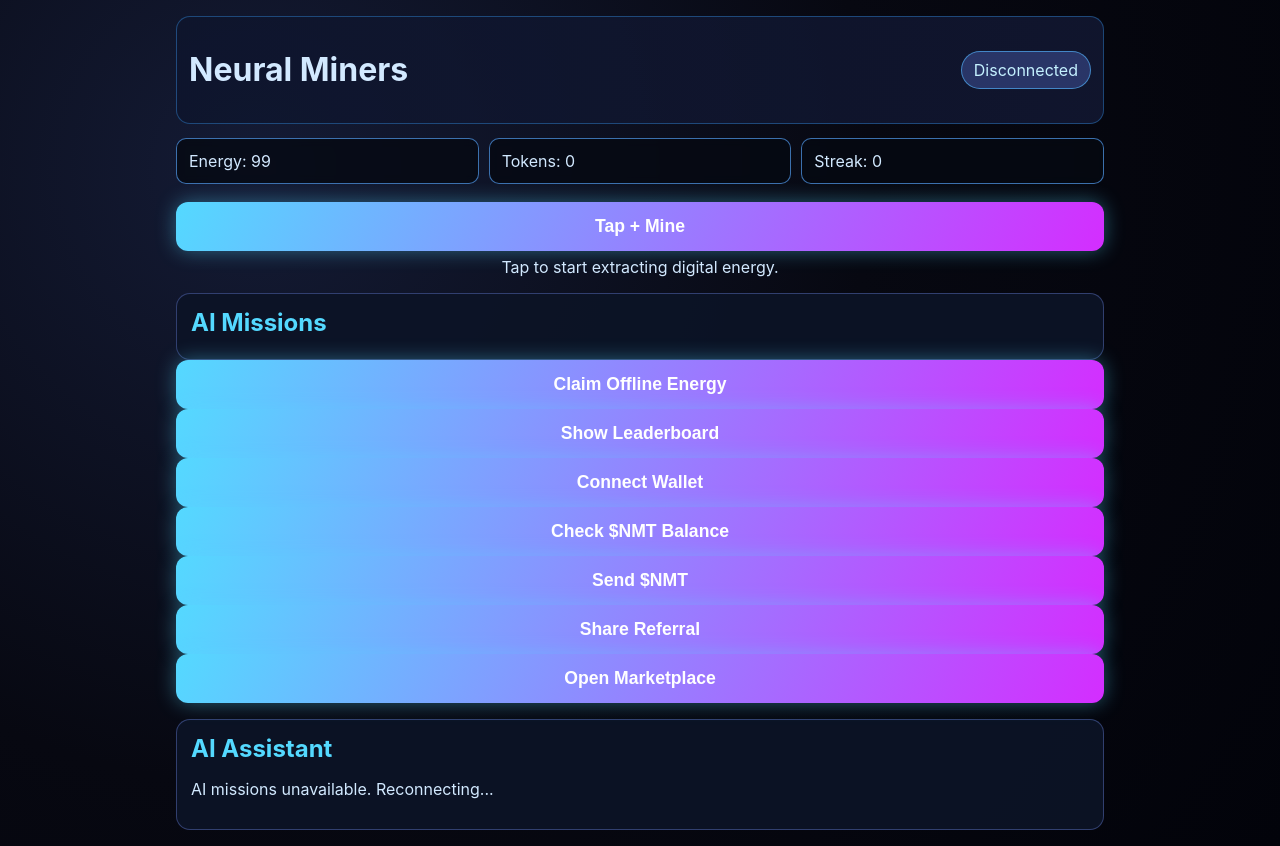
Repository: prasadreddys/neural-miners
Page: app/index.html
An editor plug-in stored every save of this project. The page is shown before and after the next save, followed by the edit.
The browser window is 1280 px wide. The pictures show the whole page.
The page's requests for data from a server got no answer. Some web libraries are served in a nearby version.

Above is the page before, as saved 2026-03-27 23:21:33.

### app/index.html
<!DOCTYPE html>
<html lang="en">
<head>
  <meta charset="UTF-8" />
  <meta name="viewport" content="width=device-width, initial-scale=1.0" />
  <title>Neural Miners</title>
  <link rel="stylesheet" href="styles.css" />
</head>
<body>
  <main class="app-shell">
    <header class="topbar">
      <h1>Neural Miners</h1>
      <div id="connected-status" class="tag">Disconnected</div>
    </header>

    <section class="hud">
      <div class="meter" id="energy-meter">Energy: 0</div>
      <div class="meter" id="token-meter">Tokens: 0</div>
      <div class="meter" id="streak-meter">Streak: 0</div>
    </section>

    <section class="mining-grid">
      <button id="tap-button" class="tap-btn">Tap + Mine</button>
      <div class="message" id="action-message">Tap to start extracting digital energy.</div>
    </section>

    <section class="missions" id="missions">
      <h2>AI Missions</h2>
      <ul id="mission-list"></ul>
    </section>

    <section class="controls">
      <button id="claim-idle">Claim Offline Energy</button>
      <button id="show-leaderboard">Show Leaderboard</button>
      <button id="connect-wallet">Connect Wallet</button>
      <button id="check-token-balance">Check $NMT Balance</button>
      <button id="transfer-token">Send $NMT</button>
      <button id="send-referral">Share Referral</button>
      <button id="open-market">Open Marketplace</button>
    </section>

    <section class="marketplace" id="marketplace" hidden>
      <h2>Marketplace</h2>
      <ul id="market-list"></ul>
      <button id="refresh-market">Refresh</button>
    </section>

    <section class="leaderboard" id="leaderboard" hidden>
      <h2>Leaderboard</h2>
      <ul id="leaderboard-list"></ul>
    </section>

    <section class="ai-assistant">
      <h2>AI Assistant</h2>
      <p id="assistant-text">Ask for help or strategy tips.</p>
    </section>
  </main>

  <script src="https://cdn.jsdelivr.net/npm/ethers@6.9.2/dist/ethers.min.js"></script>
  <script src="https://cdn.socket.io/4.7.2/socket.io.min.js"></script>
  <script src="main.js"></script>
</body>
</html>

### app/styles.css
:root {
  --bg: #070811;
  --surface: rgba(13, 20, 38, 0.92);
  --text: #d2e9ff;
  --accent: #54d9ff;
  --accent2: #d42dff;
  --danger: #ff5e5e;
}

* {
  box-sizing: border-box;
}

body {
  margin: 0;
  font-family: 'Inter', system-ui, sans-serif;
  background: radial-gradient(circle at 20% 20%, #141b35, #070811 50%, #02030a 100%);
  color: var(--text);
  min-height: 100vh;
}

.app-shell {
  width: min(960px, 100%);
  margin: 0 auto;
  padding: 16px;
}

.topbar {
  display: flex;
  justify-content: space-between;
  align-items: center;
  gap: 16px;
  padding: 12px;
  background: linear-gradient(90deg, rgba(14, 21, 45, 0.8), rgba(19, 25, 53, 0.8));
  border-radius: 14px;
  border: 1px solid rgba(54, 150, 238, 0.4);
}

.tag {
  padding: 8px 12px;
  border-radius: 999px;
  background: rgba(90, 115, 211, 0.35);
  border: 1px solid rgba(82, 178, 251, 0.65);
  color: #c4f1ff;
}

.hud {
  display: grid;
  gap: 10px;
  grid-template-columns: repeat(auto-fit, minmax(120px, 1fr));
  margin-top: 14px;
}

.meter {
  padding: 12px;
  border: 1px solid rgba(83, 157, 239, 0.7);
  background: rgba(5, 9, 18, 0.8);
  border-radius: 10px;
  backdrop-filter: blur(4px);
}

.mining-grid {
  margin-top: 18px;
  display: grid;
  gap: 6px;
  text-align: center;
}

.tap-btn,
.controls button {
  width: 100%;
  font-size: 1.1rem;
  font-weight: 700;
  color: white;
  border: none;
  border-radius: 12px;
  background: linear-gradient(118deg, var(--accent), var(--accent2));
  padding: 14px;
  cursor: pointer;
  box-shadow: 0 0 20px rgba(84, 217, 255, 0.4);
}

.tap-btn:hover,
.controls button:hover {
  transform: translateY(-1px);
}

.missions,
.leaderboard,
.ai-assistant {
  margin-top: 16px;
  padding: 14px;
  border-radius: 14px;
  border: 1px solid rgba(80, 101, 173, 0.55);
  background: var(--surface);
}

.missions h2,
.leaderboard h2,
.ai-assistant h2 {
  margin: 0 0 8px 0;
  color: var(--accent);
}

.missions ul,
.leaderboard ul {
  list-style: none;
  margin: 0;
  padding: 0;
  display: grid;
  gap: 9px;
}

.missions li,
.leaderboard li {
  background: rgba(6, 8, 17, 0.85);
  border: 1px solid rgba(100, 106, 236, 0.5);
  border-radius: 10px;
  padding: 10px;
}

@media (max-width: 640px) {
  .topbar h1 { font-size: 1.2rem; }
  .tap-btn { font-size: 1rem; }
}

### app/main.js
const API_BASE = location.origin + '/api';
const socket = io();

socket.on('leaderboard-update', (payload) => {
  if (elements?.leaderboardList && !elements.leaderboard.hidden) {
    elements.leaderboardList.innerHTML = (payload.top || []).map((entry, idx) => `<li>#${idx + 1} ${entry.player || entry.walletAddress} - ${entry.score}</li>`).join('');
  }
});

socket.on('market-update', (payload) => {
  elements.assistantText.textContent = `Marketplace event: ${payload.orderId} is ${payload.status}`;
  fetchMarketplace();
});

const state = {
  energy: 100,
  tokens: 0,
  streak: 0,
  walletAddress: null,
  connected: false,
  missions: []
};

const elements = {
  energyMeter: document.getElementById('energy-meter'),
  tokenMeter: document.getElementById('token-meter'),
  streakMeter: document.getElementById('streak-meter'),
  tapButton: document.getElementById('tap-button'),
  claimIdle: document.getElementById('claim-idle'),
  showLeaderboard: document.getElementById('show-leaderboard'),
  missionList: document.getElementById('mission-list'),
  assistantText: document.getElementById('assistant-text'),
  leaderboard: document.getElementById('leaderboard'),
  leaderboardList: document.getElementById('leaderboard-list'),
  connectWallet: document.getElementById('connect-wallet'),
  sendReferral: document.getElementById('send-referral'),
  openMarket: document.getElementById('open-market'),
  refreshMarket: document.getElementById('refresh-market'),
  marketList: document.getElementById('market-list'),
  tokenBalance: document.getElementById('check-token-balance'),
  tokenTransfer: document.getElementById('transfer-token'),
  status: document.getElementById('connected-status'),
  transferAmount: null,
  recipientAddress: null
};

function updateHUD() {
  elements.energyMeter.textContent = `Energy: ${Math.floor(state.energy)}`;
  elements.tokenMeter.textContent = `Tokens: ${Math.floor(state.tokens)}`;
  elements.streakMeter.textContent = `Streak: ${state.streak}`;
  elements.status.textContent = state.connected ? `Connected ${state.walletAddress || ''}` : 'Disconnected';
}

async function callAPI(path, method = 'GET', body) {
  const options = { method, headers: { 'Content-Type': 'application/json' } };
  if (body) options.body = JSON.stringify(body);
  const res = await fetch(`${API_BASE}${path}`, options);
  return res.json();
}

async function loadAIMissions() {
  try {
    const res = await callAPI(`/ai/missions?walletAddress=${state.walletAddress || 'guest'}`);
    state.missions = res.missions;
    elements.missionList.innerHTML = state.missions
      .map((m) => `<li><strong>${m.title}</strong> <small>(${m.difficulty})</small> • +${m.reward} energy <button onclick='acceptMission("${m.id}")'>Accept</button></li>`)
      .join('');
  } catch (e) {
    elements.assistantText.textContent = 'AI missions unavailable. Reconnecting...';
  }
}

function spendEnergy(cost) {
  if (state.energy < cost) {
    elements.actionMessage?.setAttribute('style', 'color:var(--danger)');
    return false;
  }
  state.energy -= cost;
  return true;
}

globalThis.acceptMission = async (missionId) => {
  const mission = state.missions.find((m) => m.id === missionId);
  if (!mission) return;
  if (spendEnergy(mission.reward / 3)) {
    state.tokens += mission.reward * 0.25;
    state.streak += 1;
    elements.assistantText.textContent = `Mission '${mission.title}' complete. Reward granted.`;
    await reportMissionProgress();
    updateHUD();
  }
};

async function reportMissionProgress() {
  callAPI('/ai/report', 'POST', { walletAddress: state.walletAddress, energy: state.energy, tokens: state.tokens, streak: state.streak });
}

async function claimOffline() {
  const offlineSeconds = Math.min(86400, Math.round(Math.random() * 3600));
  const signature = 'dummy-signature';
  const res = await callAPI('/game/claim-energy', 'POST', { walletAddress: state.walletAddress || 'guest', offlineSeconds, signature });
  if (res?.success) {
    state.energy = res.user.energy;
    state.tokens = res.user.tokens;
    elements.assistantText.textContent = `Offline energy claimed: ${res.reward}`;
    updateHUD();
  }
}

async function showTopLeaderboards() {
  const res = await callAPI('/leaderboard');
  elements.leaderboard.hidden = false;
  elements.leaderboardList.innerHTML = res.leaderboard.map((entry, idx) => `<li>#${idx + 1} ${entry.player || entry.walletAddress} - ${entry.score || entry.tokens}</li>`).join('');
}

async function fetchMarketplace() {
  const res = await callAPI('/marketplace');
  elements.marketplace.hidden = false;
  const items = res.marketplace || [];
  elements.marketList.innerHTML = items
    .map((o) => `<li>${o.assetType} #${o.tokenId} • ${o.price} tokens <button data-id="${o._id}" class="buy-btn">Buy</button></li>`)
    .join('');
  [...document.querySelectorAll('.buy-btn')].forEach((btn) => {
    btn.addEventListener('click', async () => {
      const orderId = btn.dataset.id;
      const result = await callAPI('/marketplace/buy', 'POST', { buyer: state.walletAddress || 'guest', orderId });
      if (result.success) {
        elements.assistantText.textContent = 'Purchase successful!';
        loadAIMissions();
        fetchMarketplace();
      }
    });
  });
}

async function shareReferral() {
  const referrer = state.walletAddress || 'guest-miner';
  const referralURL = `${location.origin}?r=${encodeURIComponent(referrer)}`;
  if (navigator.share) {
    await navigator.share({ title: 'Join Neural Miners', text: 'Start tapping to earn crypto in the cyberpunk metaverse', url: referralURL });
  } else {
    prompt('Copy your referral link:', referralURL);
  }
}

async function connectWallet() {
  if (!globalThis.ethereum) {
    alert('MetaMask not installed');
    return;
  }
  const provider = new ethers.BrowserProvider(globalThis.ethereum);
  const accounts = await provider.send('eth_requestAccounts', []);
  state.walletAddress = accounts[0];
  state.connected = true;
  const nonce = Math.random().toString(36).substring(2, 10);
  const signer = await provider.getSigner();
  const signature = await signer.signMessage(`Neural Miner sign in: ${nonce}`);
  await callAPI('/auth/wallet', 'POST', { walletAddress: state.walletAddress, signature, nonce });
  elements.assistantText.textContent = 'Wallet connected. AI assistant is online.';
  updateHUD();
  loadAIMissions();
}

elements.tapButton.addEventListener('click', () => {
  const earned = 8 + Math.random() * 12;
  state.energy += earned;
  state.tokens += earned * 0.23;
  state.streak += 1;
  elements.assistantText.textContent = 'Neural tap success! Energy harvested.';
  updateHUD();
});

elements.claimIdle.addEventListener('click', claimOffline);

elements.showLeaderboard.addEventListener('click', showTopLeaderboards);

elements.connectWallet.addEventListener('click', connectWallet);

elements.sendReferral.addEventListener('click', shareReferral);

elements.openMarket.addEventListener('click', fetchMarketplace);

elements.refreshMarket.addEventListener('click', fetchMarketplace);

elements.tokenBalance.addEventListener('click', async () => {
  const address = state.walletAddress || prompt('Enter wallet address for token balance:');
  if (!address) return;
  const res = await callAPI(`/token/balance?walletAddress=${encodeURIComponent(address)}`);
  if (res.balance !== undefined) {
    elements.assistantText.textContent = `Token balance for ${address}: ${res.balance} NMT`;
  }
});

elements.tokenTransfer.addEventListener('click', async () => {
  const to = prompt('Recipient wallet address:');
  const amount = prompt('Amount of NMT to send:');
  if (!to || !amount || !state.walletAddress) return;

  const res = await callAPI('/token/transfer', 'POST', { walletAddress: state.walletAddress, to, amount: Number(amount) });
  if (res.success) {
    elements.assistantText.textContent = `Token transfer queued (tx ${res.txHash})`;
    fetchMarketplace();
  } else {
    elements.assistantText.textContent = `Token transfer failed: ${res.error}`;
  }
});

setInterval(() => {
  state.energy = Math.max(0, state.energy - 0.04);
  if (state.energy < 20) {
    elements.assistantText.textContent = 'Energy low. Tap more or accept missions.';
  }
  updateHUD();
}, 2000);

updateHUD();
loadAIMissions();

After the next save:
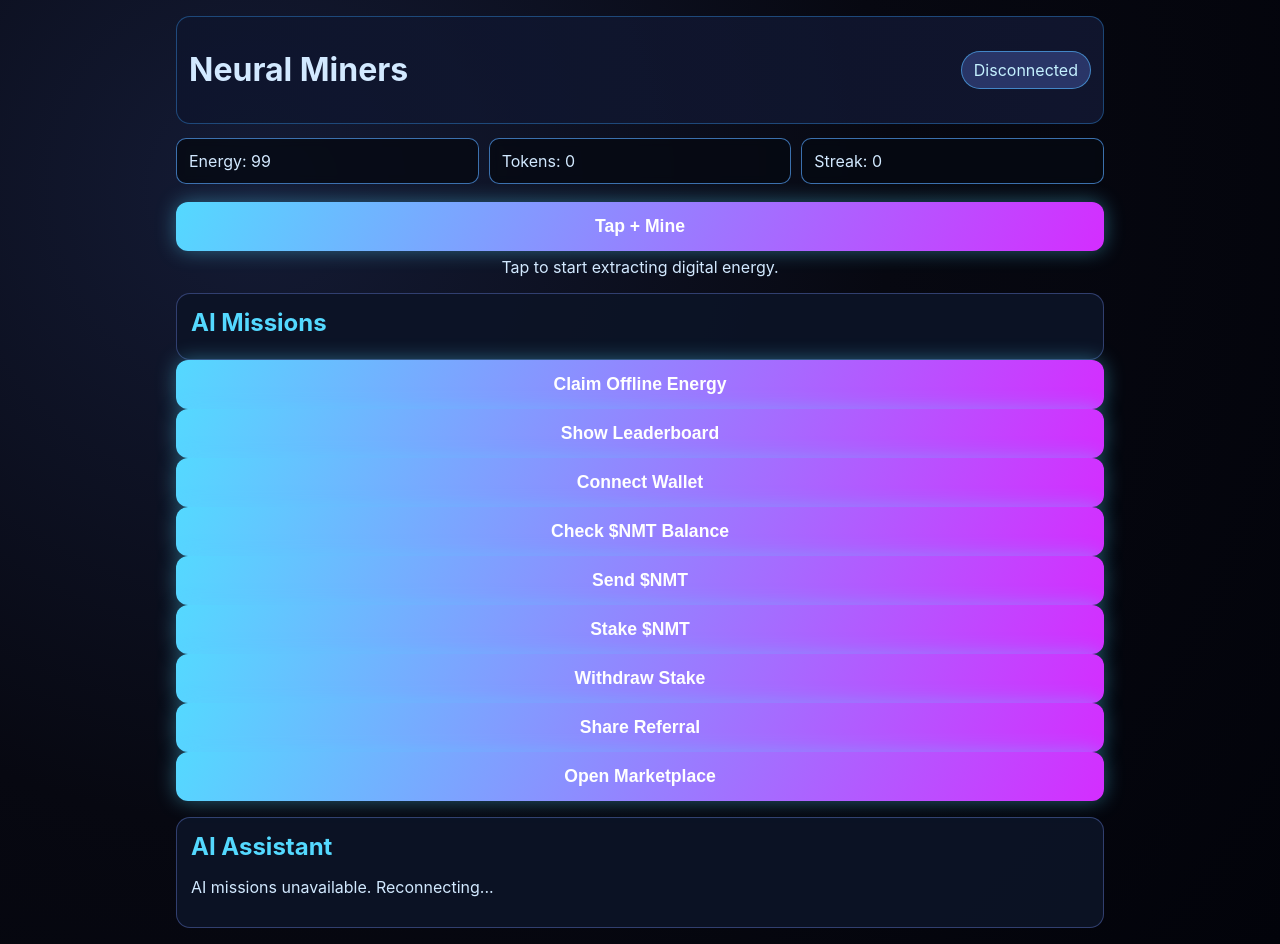
Saved 8 s later.
--- a/app/index.html
+++ b/app/index.html
@@ -35,6 +35,8 @@
       <button id="connect-wallet">Connect Wallet</button>
       <button id="check-token-balance">Check $NMT Balance</button>
       <button id="transfer-token">Send $NMT</button>
+      <button id="stake-deposit">Stake $NMT</button>
+      <button id="stake-withdraw">Withdraw Stake</button>
       <button id="send-referral">Share Referral</button>
       <button id="open-market">Open Marketplace</button>
     </section>
